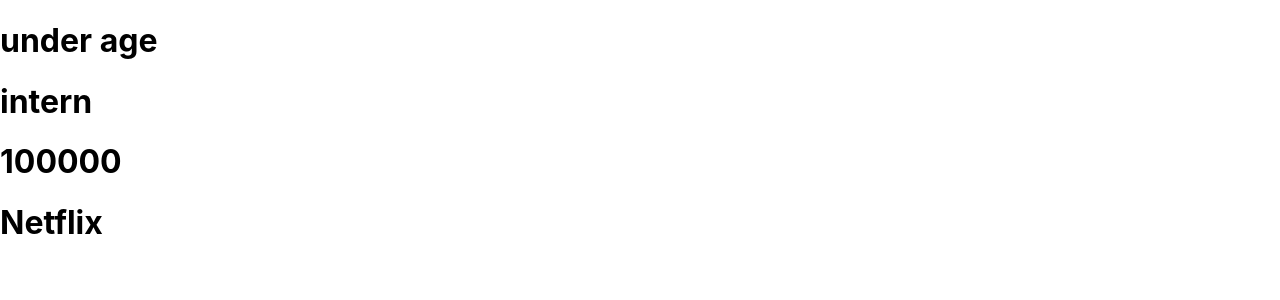
Repository: iamjayenmthakuri/todolist
Page: /
An editor plug-in stored every save of this project. The page is shown before and after the next save, followed by the edit.
The browser window is 1280 px wide. The pictures show the whole page.
The project was rebuilt for these pictures with package versions that can differ from the ones it lists, and the page was loaded fresh each time.

Above is the page before, as saved 2022-09-18 22:39:25.

### src/App.js
import React from 'react';

 function App() {
  return(
    <>
    <User job="intern" salary={100000}  company="Netflix" />
    </>
  );
 }
  const age =15;
  const User = (props) =>{

  return (
    <>
    {age>=18 ? <h1>over age</h1>:<h1>under age</h1>}
    <h1>{props.job}</h1>
    <h1>{props.salary}</h1>
    <h1>{props.company}</h1>
    </>

  );
  }

export default App;

Loaded but not shown: public/index.html (common file); src/index.js (common file); src/index.css (common file); src/reportWebVitals.js (common file)

After the next save:
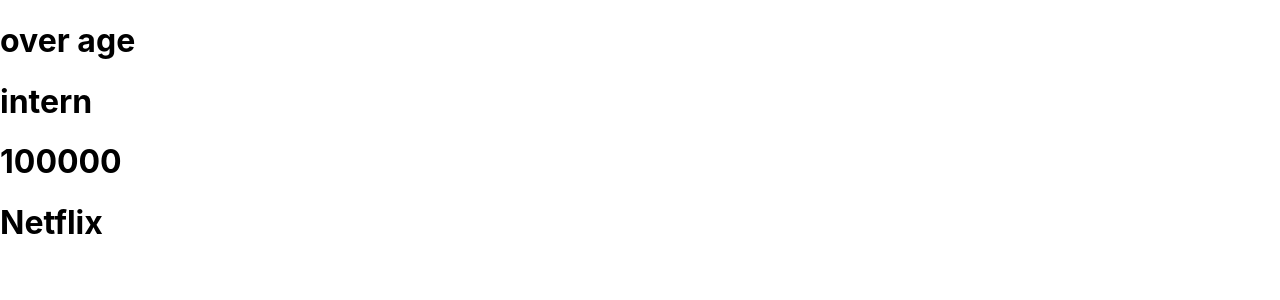
Saved 12 s later.
--- a/src/App.js
+++ b/src/App.js
@@ -7,7 +7,7 @@
     </>
   );
  }
-  const age =15;
+  const age =20;
   const User = (props) =>{
 
   return (
